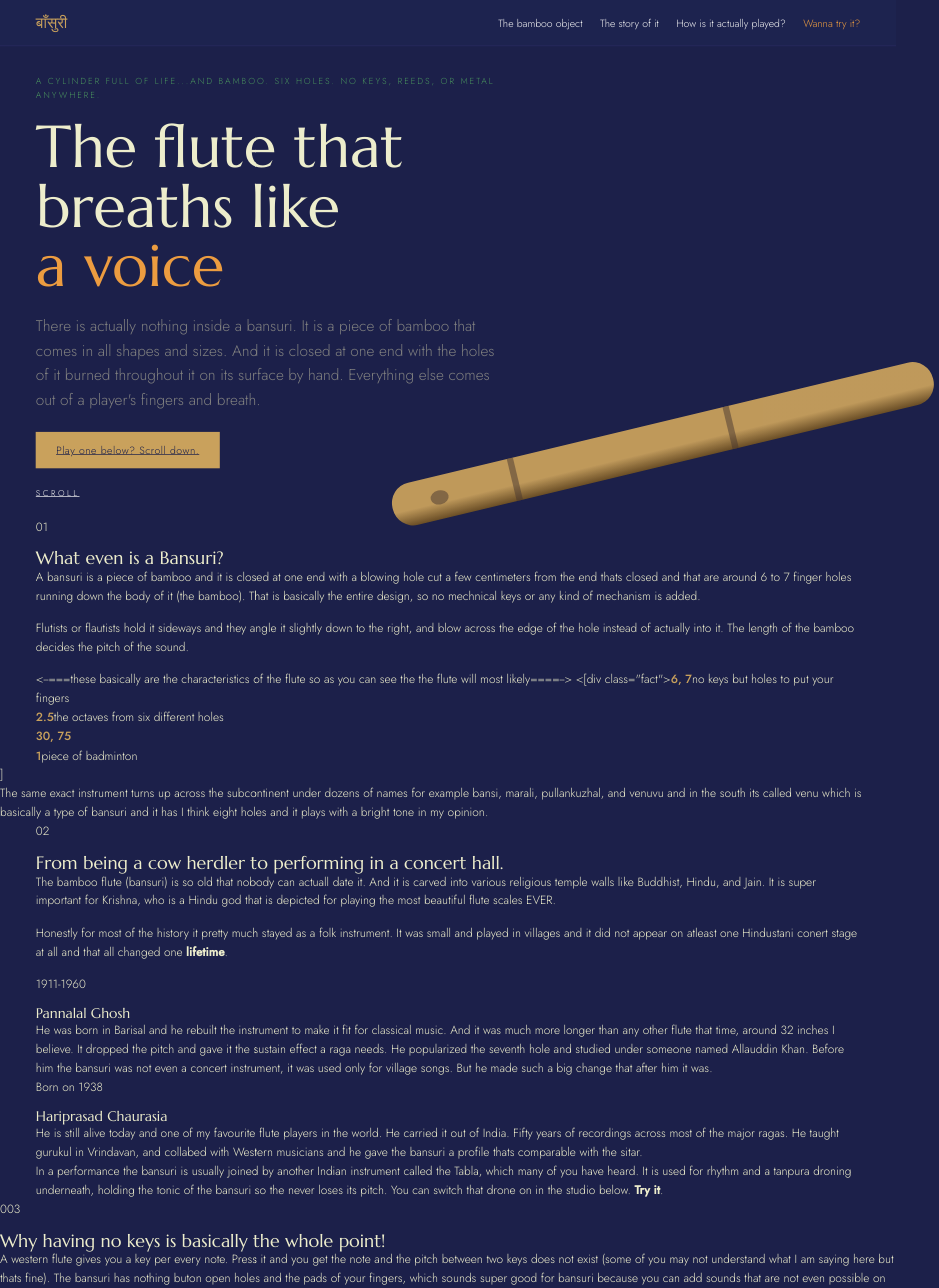
Repository: manayparikh1/Bansi
Page: index.html
The author's editor kept a copy of each file at every save. The page is drawn from the files as they stood at one save, then again after the next save.
The browser window is 1280 px wide. The page is 1340 px wide, then 1341 px, then 1340 px, so the pictures cover 1341 px, including what lies to the right of the window. The pictures show the part of the page from y = 0 to 1840 px (the page is 2658 px tall), at 70% of full size.

Above is the page before, as saved 2026-09-19 23:58:16.

After the next save:
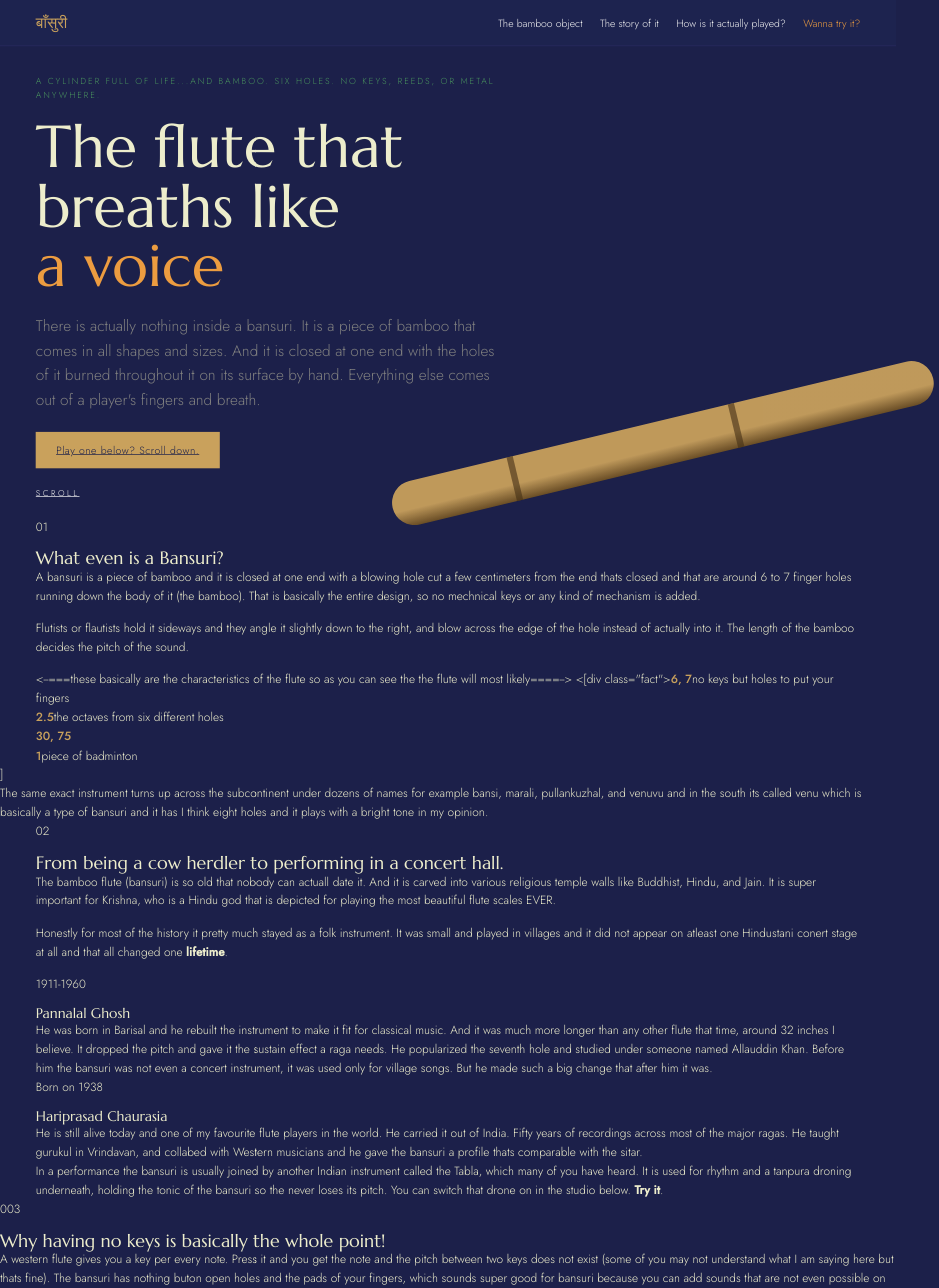
Saved 23 s later.
--- a/style.css
+++ b/style.css
@@ -213,14 +213,14 @@
 /*bambooo*/
 .tube {
     position: relative;
-    border-radius: 26px;
     height: 54px;
+    border-radius: 27px;
     background: linear-gradient(180deg, var(--bamboo) 0%, var(--bamboo2) 62%, #6F5124 100%);
 }
 
 .tube.big {
-    height: 62px;
-    border-radius: 30px;
+    height: 64px;
+    border-radius: 32px;
 }
 
 .node {
@@ -228,26 +228,13 @@
     top: 0;
     bottom: 0;
     width: 9px;
-    background: rgba(73, 55, 46, 0.5)
-}
-
-/* THE FLUTE PIC TyPE OF THING WILL BE ON THE TOP OF THE PAGE (not the testing one) */
+    background: rgba(70, 48, 18, 0.6);
+}
+
 .n1 {
-    left: 22%
+    left: 22%;
 }
 
 .n2 {
-    left: 62%;
-}
-
-.blow {
-    position: absolute;
-    left: 7%;
-    top: 50%;
-    width: 26px;
-    height: 20px;
-    margin-top: -10px;
-    border-radius: 50%;
-    background: rgba(73, 55, 46, 0.5);
-    transform: background 0.09s, box-shadow 0.09s;
-}
+    left: 63%;
+}

After the save that followed:
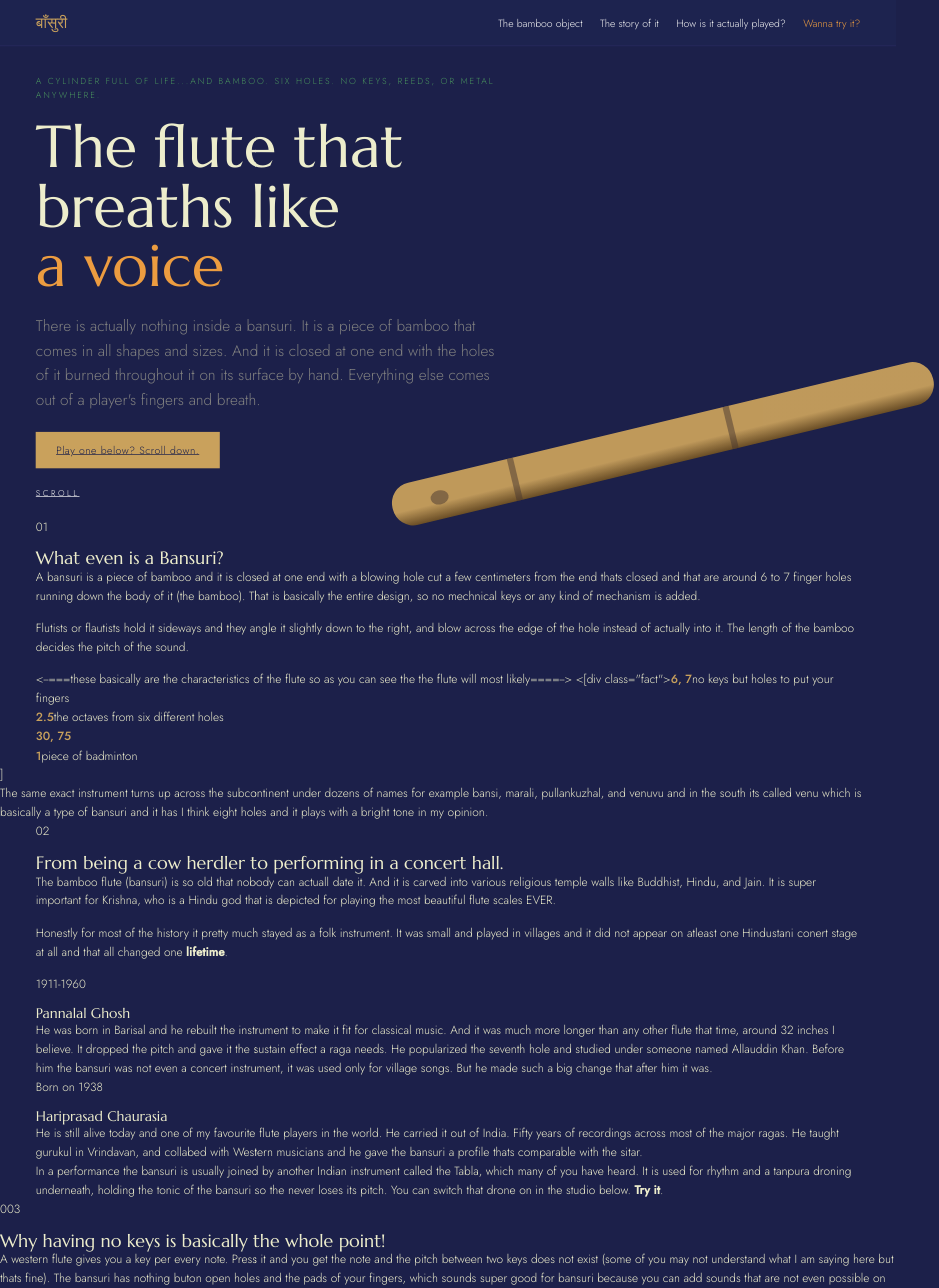
Saved 3 min 52 s later.
--- a/style.css
+++ b/style.css
@@ -213,14 +213,14 @@
 /*bambooo*/
 .tube {
     position: relative;
+    border-radius: 26px;
     height: 54px;
-    border-radius: 27px;
     background: linear-gradient(180deg, var(--bamboo) 0%, var(--bamboo2) 62%, #6F5124 100%);
 }
 
 .tube.big {
-    height: 64px;
-    border-radius: 32px;
+    height: 62px;
+    border-radius: 30px;
 }
 
 .node {
@@ -228,13 +228,30 @@
     top: 0;
     bottom: 0;
     width: 9px;
-    background: rgba(70, 48, 18, 0.6);
-}
-
+    background: rgba(73, 55, 46, 0.5)
+}
+
+/* THE FLUTE PIC TyPE OF THING WILL BE ON THE TOP OF THE PAGE (not the testing one) */
 .n1 {
-    left: 22%;
+    left: 22%
 }
 
 .n2 {
-    left: 63%;
-}
+    left: 62%;
+}
+
+.blow {
+    position: absolute;
+    left: 7%;
+    top: 50%;
+    width: 26px;
+    height: 20px;
+    margin-top: -10px;
+    border-radius: 50%;
+    background: rgba(73, 55, 46, 0.5);
+    transform: background 0.09s, box-shadow 0.09s;
+}
+
+.hole {
+    position: absoultu
+}
